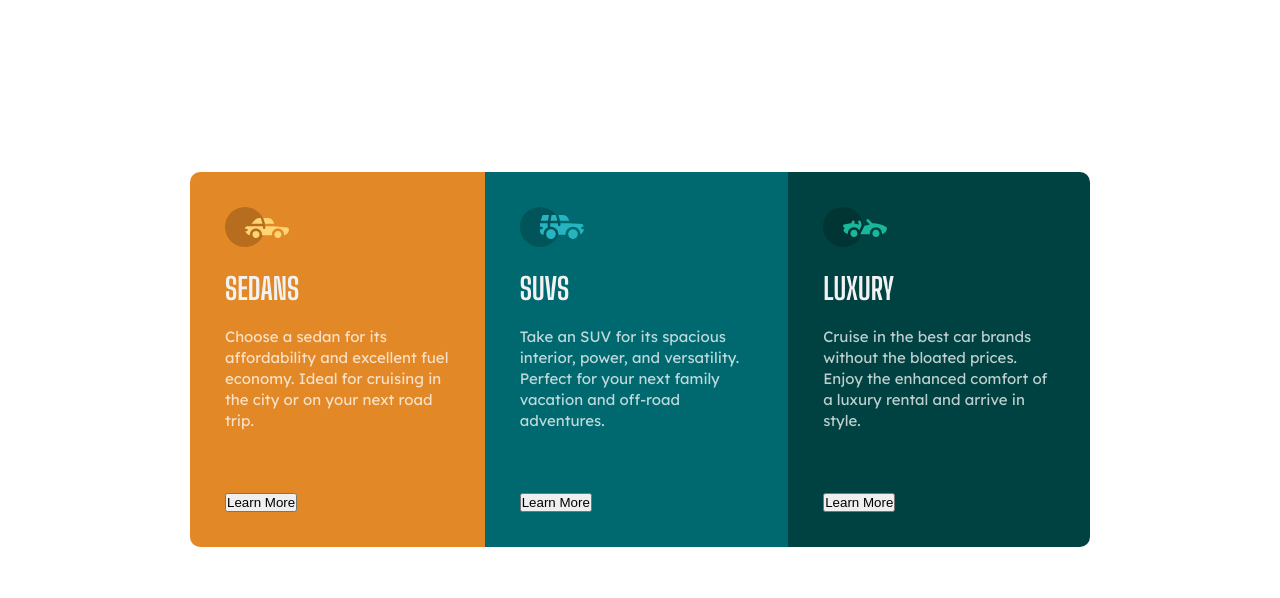
Repository: thaibaocoder1/3-column-card
Page: index.html
The author's editor kept a copy of each file at every save. The page is drawn from the files as they stood at one save, then again after the next save.
The browser window is 1280 px wide. The pictures show the whole page.

Above is the page before, as saved 2023-01-11 21:03:35.

After the next save:
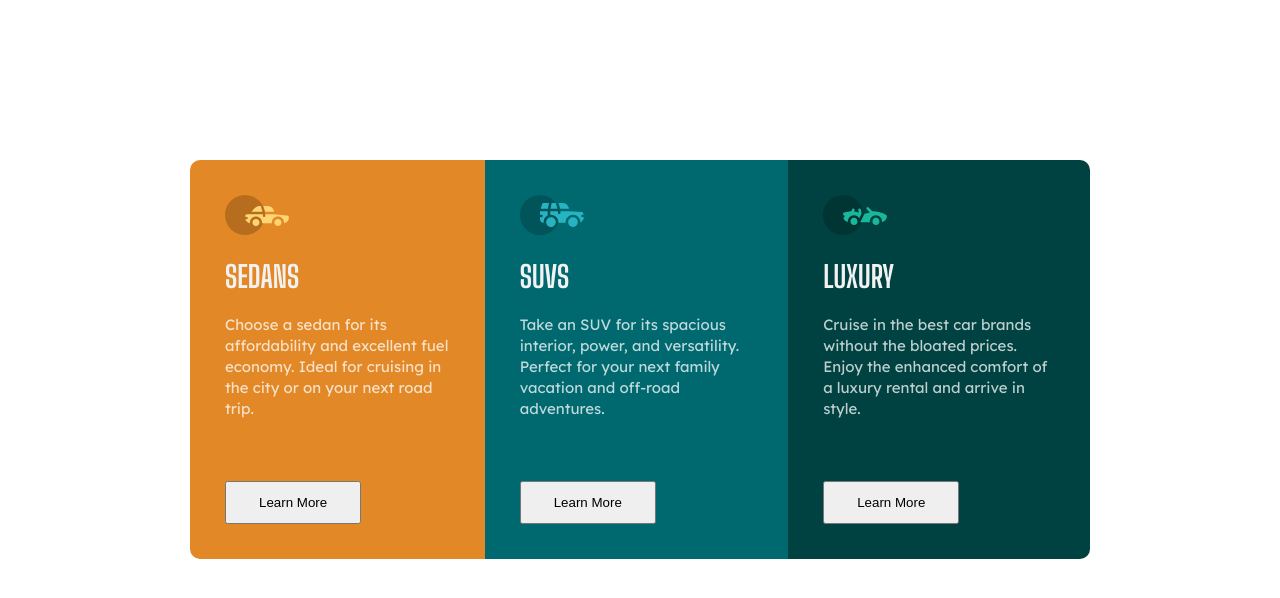
Saved 17 s later.
--- a/styles.css
+++ b/styles.css
@@ -59,5 +59,5 @@ body {
     line-height: 1.4;
 }
 .container__box .container--btn {
-
+    padding: 1.2rem 3.2rem;
 }
